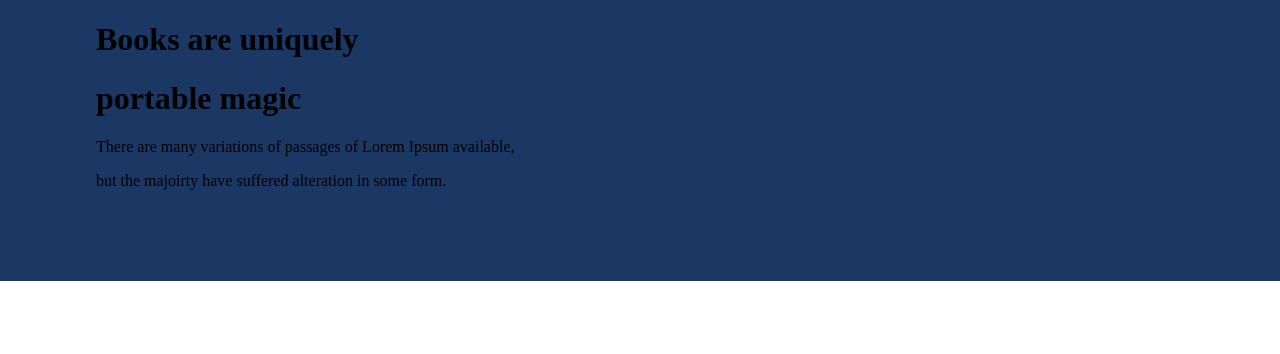
Repository: Godnorg/Class2
Page: index.html
These files come from the project's save history. The page is drawn as it stood at one moment and after the next save; the edit follows.
The browser window is 1280 px wide. The pictures show the whole page.

Above is the page before, as saved 2023-02-13 21:30:01.

After the next save:
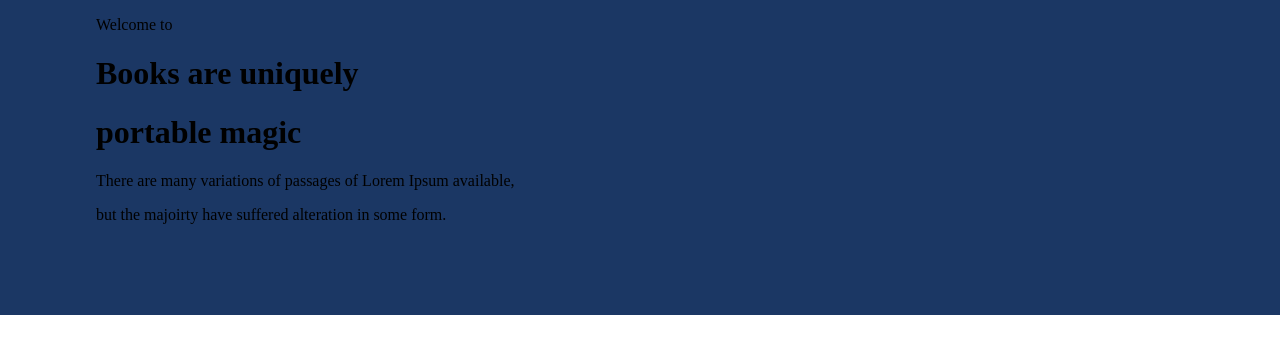
Saved 98 s later.
--- a/index.html
+++ b/index.html
@@ -15,6 +15,7 @@
         </div>
         <div class="middle">
             <div>
+                <p>Welcome to </p>
                 <h1>Books are uniquely</h1>
                 <h1>portable magic</h1>
                 <p>There are many variations of passages of Lorem Ipsum available,</p>
